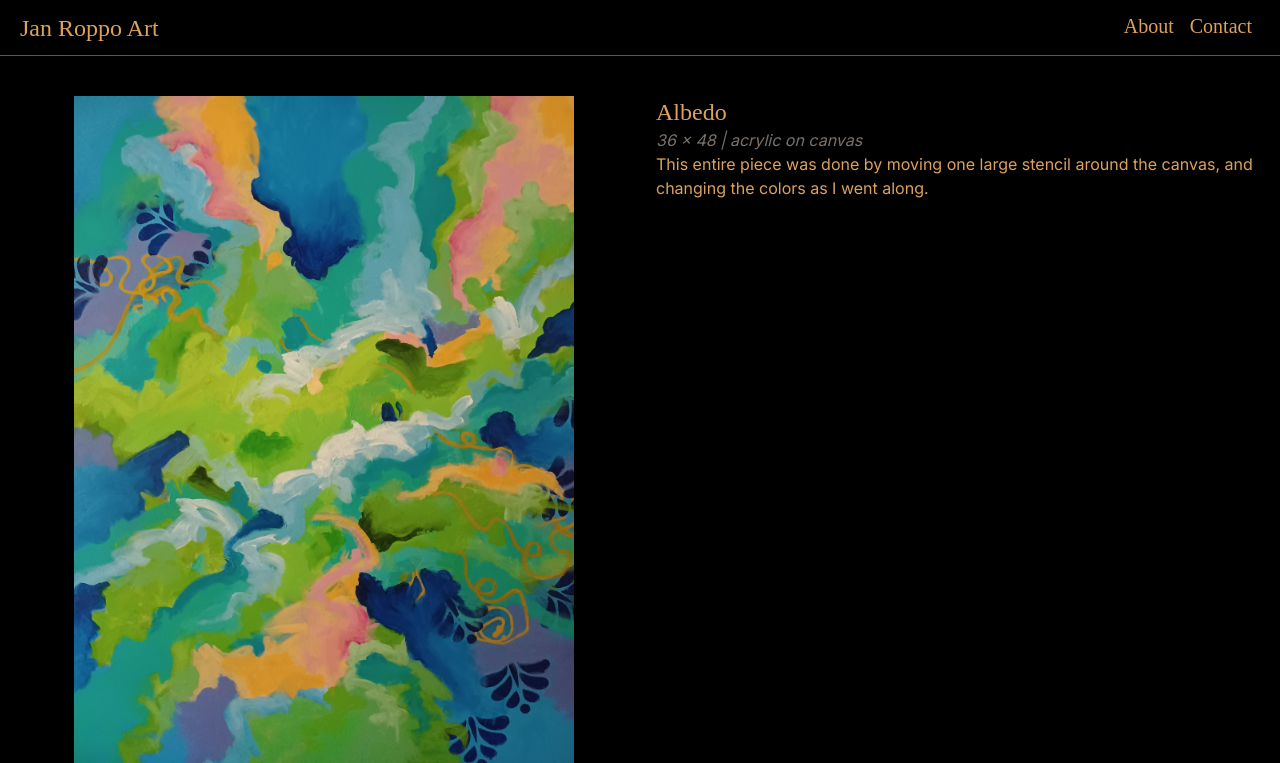
Repository: YanceMcFinn/JRArt
Page: /works/albedo
An editor plug-in stored every save of this project. The page is shown before and after the next save, followed by the edit.
The browser window is 1280 px wide. The pictures show the whole page.
The project was rebuilt for these pictures with package versions that can differ from the ones it lists, and the page was loaded fresh each time. The framework's server and built-in components were replaced by stand-ins that run in the browser. Also part of the build but not shown: next.config.js.

Above is the page before, as saved 2023-10-17 22:40:28.

After the next save:
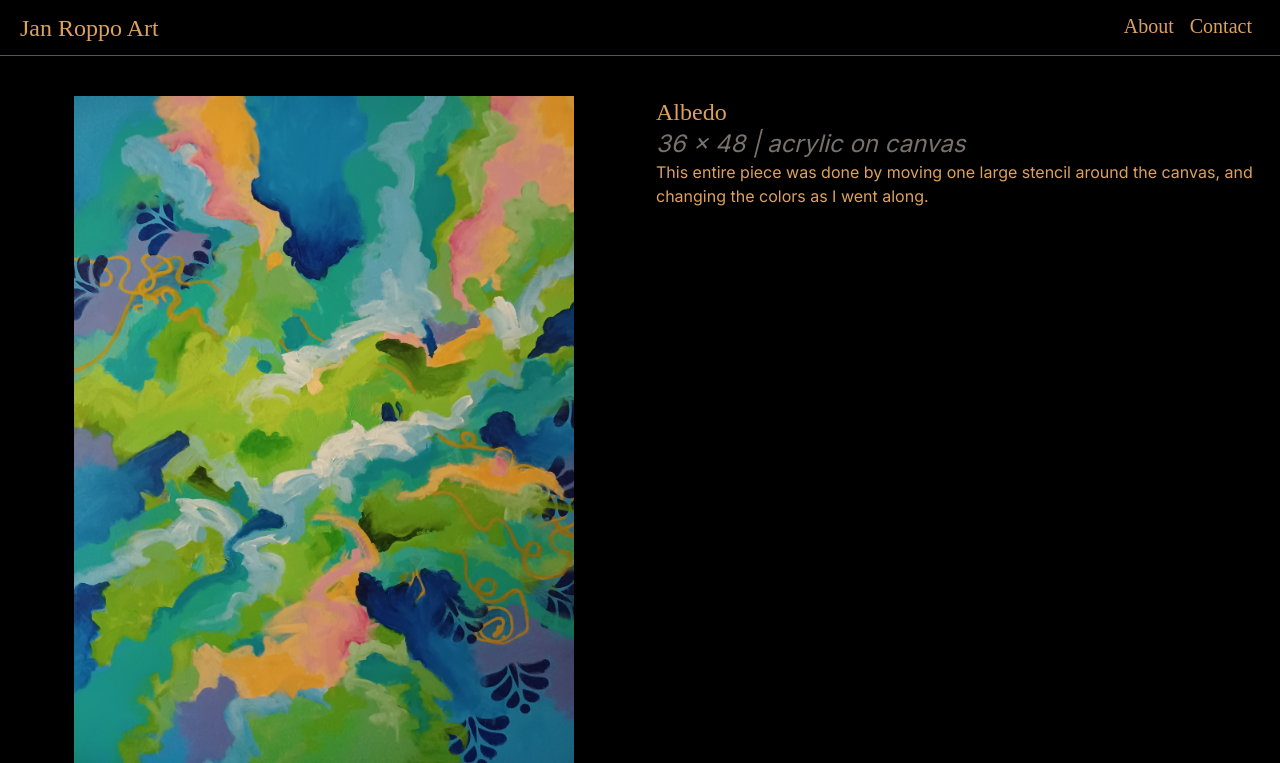
Saved 110 s later.
--- a/app/works/[title]/page.js
+++ b/app/works/[title]/page.js
@@ -31,7 +31,7 @@
       </div>
       <div className="basis-1/2 px-4">
         <div className='text-2xl title'>{piece.title}</div>
-        <div className='text-stone-500'><i>{piece.dimensions} | {piece.materials}</i></div>
+        <div className='text-2xl text-stone-500'><i>{piece.dimensions} | {piece.materials}</i></div>
         <p>{piece.description}</p>
       </div>
 

After the save that followed:
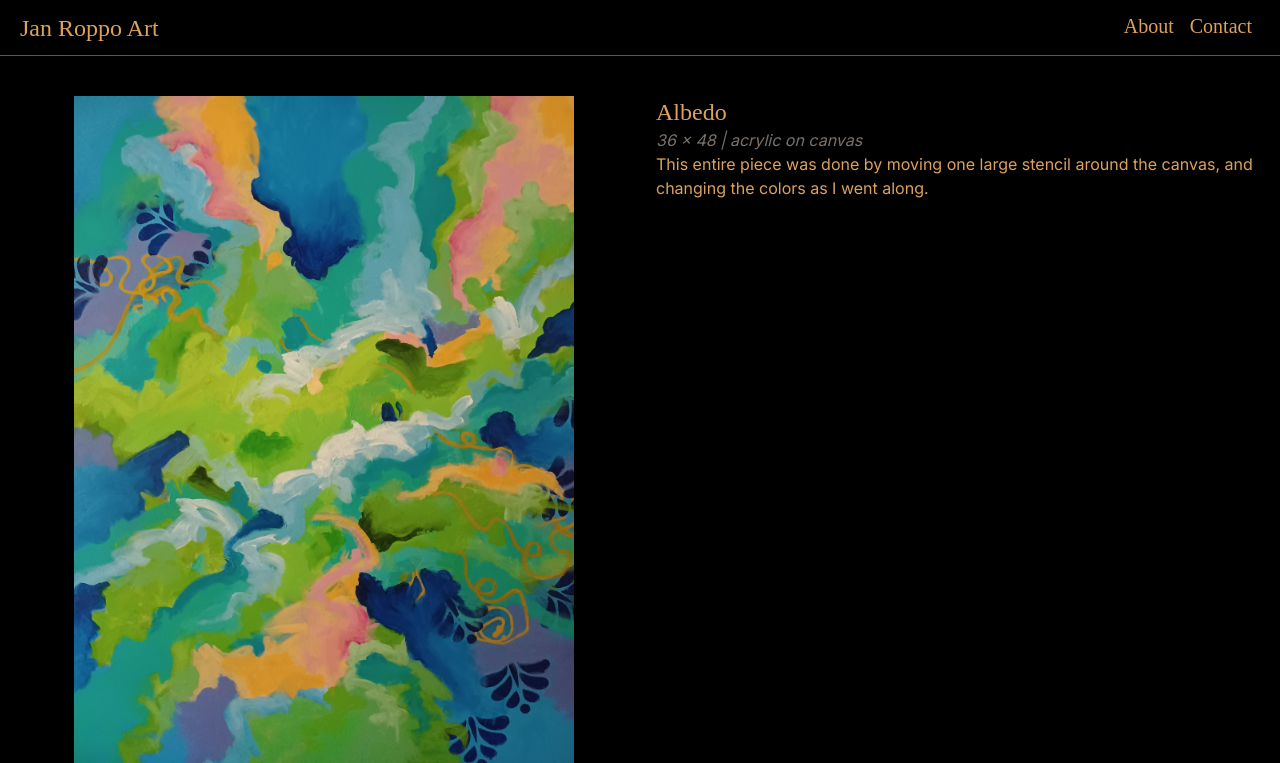
Saved 9 s later.
--- a/app/works/[title]/page.js
+++ b/app/works/[title]/page.js
@@ -31,7 +31,7 @@
       </div>
       <div className="basis-1/2 px-4">
         <div className='text-2xl title'>{piece.title}</div>
-        <div className='text-2xl text-stone-500'><i>{piece.dimensions} | {piece.materials}</i></div>
+        <div className='text-l text-stone-500'><i>{piece.dimensions} | {piece.materials}</i></div>
         <p>{piece.description}</p>
       </div>
 
